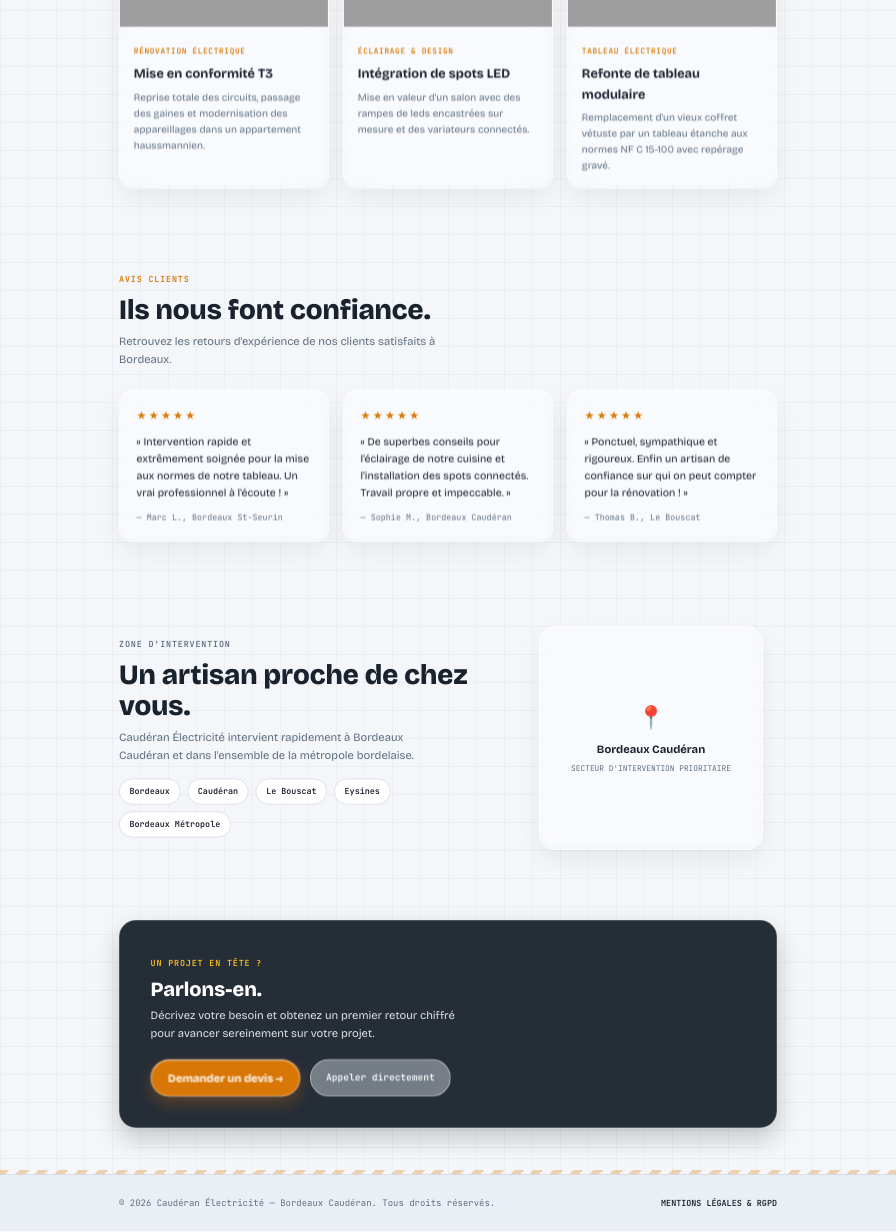
Repository: cauderanelectricite/cauderanelectricite.github.io
Page: index.html
These files come from the project's save history. The page is drawn as it stood at one moment and after the next save; the edit follows.
The browser window is 1280 px wide. The pictures show the part of the page from y = 2585 to 4505 px (the page is 4345 px tall before and 4505 px after), at 70% of full size.
Pictures or frames that could not be fetched are drawn as grey boxes.

Above is the page before, as saved 2026-09-30 14:43:59.

### index.html
<!DOCTYPE html>
<html lang="fr">
<head>
  <meta charset="UTF-8">
  <meta name="viewport" content="width=device-width, initial-scale=1.0">

  <title>Caudéran Électricité — Électricien à Bordeaux Caudéran</title>
  <link rel="stylesheet" href="style.css">
  <meta name="description" content="Caudéran Électricité, artisan électricien à Bordeaux Caudéran. Rénovation électrique, mise aux normes, tableaux électriques, éclairage et domotique. Devis gratuit.">

  <meta name="robots" content="index, follow">
  <meta name="theme-color" content="#F4F6F9">

  <link rel="canonical" href="https://cauderanelectricite.github.io/">

  <meta property="og:type" content="website">
  <meta property="og:locale" content="fr_FR">
  <meta property="og:site_name" content="Caudéran Électricité">
  <meta property="og:title" content="Caudéran Électricité — Électricien à Bordeaux Caudéran">
  <meta property="og:description" content="Rénovation électrique, mise aux normes, tableaux électriques, éclairage et domotique à Bordeaux Caudéran.">
  <meta property="og:url" content="https://cauderanelectricite.github.io/">
  <meta property="og:image" content="https://cauderanelectricite.github.io/logo.png">

  <meta name="twitter:card" content="summary">
  <link rel="icon" type="image/png" href="logo.png">

  <link rel="preconnect" href="https://fonts.googleapis.com">
  <link rel="preconnect" href="https://fonts.gstatic.com" crossorigin>
  <link href="https://fonts.googleapis.com/css2?family=Bricolage+Grotesque:opsz,wght@12..96,400;12..96,600;12..96,700;12..96,800&family=JetBrains+Mono:wght@400;600;700&display=swap" rel="stylesheet">

  <script type="application/ld+json">
  {
    "@context": "https://schema.org",
    "@type": "Electrician",
    "name": "Caudéran Électricité",
    "url": "https://cauderanelectricite.github.io/",
    "image": "https://cauderanelectricite.github.io /logo.png",
    "telephone": "+33612698433",
    "email": "cauderan.electricite@gmail.com",
    "address": {
      "@type": "PostalAddress",
      "addressLocality": "Bordeaux",
      "postalCode": "33200",
      "addressRegion": "Nouvelle-Aquitaine",
      "addressCountry": "FR"
    },
    "areaServed": [
      "Bordeaux",
      "Caudéran",
      "Bordeaux Métropole",
      "Le Bouscat",
      "Eysines"
    ],
    "openingHoursSpecification": {
      "@type": "OpeningHoursSpecification",
      "dayOfWeek": [
        "Monday",
        "Tuesday",
        "Wednesday",
        "Thursday",
        "Friday"
      ],
      "opens": "08:00",
      "closes": "19:00"
    }
  }
  </script>
</head>

<body>

  <header>
    <div class="nav-container liquid-glass">
      <a class="brand" href="index.html" aria-label="Caudéran Électricité — Accueil">
        <img src="logo.png" alt="Logo Caudéran Électricité" width="32" height="32">
        <span class="brand-name">
          Caudéran
          <small>Électricité</small>
        </span>
      </a>

      <nav aria-label="Navigation principale">
        <a href="index.html" aria-current="page">Accueil</a>
        <a href="#services">Prestations</a>
        <a href="devis.html">Devis</a>
        <a href="contact.html">Contact</a>
      </nav>

      <a class="header-cta" href="tel:+33612698433" aria-label="Appeler Caudéran Électricité au 06 12 69 84 33">
        <span class="led" aria-hidden="true"></span>
        06 12 69 84 33
      </a>
    </div>
  </header>

  <main>

    <section class="hero">
      <div class="hero-content">
        <p class="kicker">
          📍 Artisan électricien — Bordeaux &amp; Métropole
        </p>
        <h1>
          Votre électricien de confiance à
          <span class="amber">Bordeaux Caudéran</span>.
        </h1>
        <p class="hero-sub">
          Rénovation électrique, mise aux normes, tableaux électriques,
          éclairage et domotique. Des solutions adaptées à votre
          logement, avec une attention particulière portée à la
          sécurité et aux finitions.
        </p>
        <div class="hero-actions">
          <a href="devis.html" class="btn">
            Parler de mon projet →
          </a>
          <a href="tel:+33612698433" class="btn-ghost">
            06 12 69 84 33
          </a>
        </div>
      </div>

      <aside class="spec liquid-glass" aria-label="Informations pratiques">
        <div class="spec-row">
          <span>Intervention</span>
          <strong>Sur rendez-vous</strong>
        </div>
        <div class="spec-row">
          <span>Devis</span>
          <strong>Gratuit</strong>
        </div>
        <div class="spec-row">
          <span>Conseils</span>
          <strong>Personnalisés</strong>
        </div>
        <div class="spec-row">
          <span>Secteur</span>
          <strong>Bordeaux &amp; Métropole</strong>
        </div>
      </aside>
    </section>

    <section class="section" id="services">
      <p class="kicker">
        Savoir-faire
      </p>
      <h2>
        Des solutions électriques pensées pour votre projet.
      </h2>
      <p class="section-lead">
        De l'intervention ponctuelle à la rénovation complète,
        Caudéran Électricité vous accompagne dans vos projets
        d'installation, de rénovation et d'amélioration de votre
        habitat.
      </p>

      <ol class="services">
        <li>
          <a href="service1.html" class="service-card-link liquid-glass">
            <div>
              <p class="service-number">01</p>
              <h3>Rénovation &amp; Mise aux normes</h3>
              <p>Reprise complète ou partielle de l'installation électrique pour améliorer la sécurité et le confort de votre habitat.</p>
            </div>
            <span class="arrow" aria-hidden="true">→</span>
          </a>
        </li>
        <li>
          <a href="service2.html" class="service-card-link liquid-glass">
            <div>
              <p class="service-number">02</p>
              <h3>Tableaux électriques</h3>
              <p>Remplacement, organisation et mise en sécurité du tableau électrique avec un câblage propre et un repérage clair.</p>
            </div>
            <span class="arrow" aria-hidden="true">→</span>
          </a>
        </li>
        <li>
          <a href="service3.html" class="service-card-link liquid-glass">
            <div>
              <p class="service-number">03</p>
              <h3>Éclairage &amp; Domotique</h3>
              <p>Installation de luminaires, spots LED et solutions connectées pour améliorer le confort et l'ambiance de votre intérieur.</p>
            </div>
            <span class="arrow" aria-hidden="true">→</span>
          </a>
        </li>
      </ol>
    </section>

    <section class="section about">
      <div class="portrait liquid-glass">
        <img src="portrait.jpg" alt="Portrait de l'artisan électricien de Caudéran Électricité" loading="lazy" decoding="async" width="400" height="500">
      </div>

      <div class="about-copy">
        <p class="kicker">
          L'artisan derrière vos projets
        </p>
        <h2>
          Un accompagnement de proximité,
          du premier échange aux finitions.
        </h2>
        <p>
          Passionné par la technique et le travail soigné,
          Sébastien, artisan électricien fondateur de Caudéran Électricité,
          met son expertise en programmation, en électronique et en installations
          aux services des particuliers à Bordeaux et dans ses environs.
        </p>
        <p>
          Chaque intervention commence par l'écoute rigoureuse de vos besoins
          afin de proposer une solution technique sur-mesure, parfaitement
          sécurisée et adaptée à votre budget.
        </p>
      </div>
    </section>

    <section class="section projects">
      <p class="kicker">
        Réalisations
      </p>
      <h2>
        Quelques exemples de projets.
      </h2>
      <p class="section-lead">
        Une sélection de nos chantiers récents réalisés à Bordeaux Caudéran
        et dans la métropole bordelaise.
      </p>

      <div class="project-grid">
        <article class="project-card liquid-glass">
          <div class="project-image">
            <img src="https://images.unsplash.com/photo-1621905252507-b35492cc74b4?auto=format&fit=crop&w=1000&q=80" alt="Installation électrique dans un bâtiment" loading="lazy" decoding="async" width="800" height="600">
            <span class="demo-badge">Chantier Caudéran</span>
          </div>
          <div class="project-content">
            <span class="project-category">Rénovation électrique</span>
            <h3>Mise en conformité T3</h3>
            <p>Reprise totale des circuits, passage des gaines et modernisation des appareillages dans un appartement haussmannien.</p>
          </div>
        </article>

        <article class="project-card liquid-glass">
          <div class="project-image">
            <img src="https://images.unsplash.com/photo-1558008258-3256797b43f3?auto=format&fit=crop&w=1000&q=80" alt="Installation d'éclairage intérieur" loading="lazy" decoding="async" width="800" height="600">
            <span class="demo-badge">Chantier Bordeaux</span>
          </div>
          <div class="project-content">
            <span class="project-category">Éclairage &amp; Design</span>
            <h3>Intégration de spots LED</h3>
            <p>Mise en valeur d'un salon avec des rampes de leds encastrées sur mesure et des variateurs connectés.</p>
          </div>
        </article>

        <article class="project-card liquid-glass">
          <div class="project-image">
            <img src="https://media.istockphoto.com/id/1498985256/photo/electrical-technician-tests-wiring-polarity-grounding-voltages-and-performs-electrical.jpg?s=612x612&w=0&k=20&c=4dkBZx4deKJIf9bqN344rxbMZ2T5APg_71w1BGXiu20=" alt="Tableau électrique et installation électrique" loading="lazy" decoding="async" width="612" height="612">
            <span class="demo-badge">Chantier Le Bouscat</span>
          </div>
          <div class="project-content">
            <span class="project-category">Tableau électrique</span>
            <h3>Refonte de tableau modulaire</h3>
            <p>Remplacement d'un vieux coffret vétuste par un tableau étanche aux normes NF C 15-100 avec repérage gravé.</p>
          </div>
        </article>
      </div>
    </section>

    <section class="section testimonials">
      <p class="kicker">
        Avis clients
      </p>
      <h2>
        Ils nous font confiance.
      </h2>
      <p class="section-lead">
        Retrouvez les retours d'expérience de nos clients satisfaits à Bordeaux.
      </p>

      <div class="testimonial-grid">
        <article class="testimonial liquid-glass">
          <div class="stars" aria-hidden="true">★★★★★</div>
          <blockquote>
            « Intervention rapide et extrêmement soignée pour la mise aux normes de notre tableau. Un vrai professionnel à l'écoute ! »
          </blockquote>
          <cite>— Marc L., Bordeaux St-Seurin</cite>
        </article>

        <article class="testimonial liquid-glass">
          <div class="stars" aria-hidden="true">★★★★★</div>
          <blockquote>
            « De superbes conseils pour l'éclairage de notre cuisine et l'installation des spots connectés. Travail propre et impeccable. »
          </blockquote>
          <cite>— Sophie M., Bordeaux Caudéran</cite>
        </article>

        <article class="testimonial liquid-glass">
          <div class="stars" aria-hidden="true">★★★★★</div>
          <blockquote>
            « Ponctuel, sympathique et rigoureux. Enfin un artisan de confiance sur qui on peut compter pour la rénovation ! »
          </blockquote>
          <cite>— Thomas B., Le Bouscat</cite>
        </article>
      </div>
    </section>

    <section class="section area">
      <div class="area-copy">
        <p class="kicker">
          Zone d'intervention
        </p>
        <h2>
          Un artisan proche de chez vous.
        </h2>
        <p>
          Caudéran Électricité intervient rapidement à Bordeaux Caudéran
          et dans l'ensemble de la métropole bordelaise.
        </p>
        <div class="area-list">
          <span>Bordeaux</span>
          <span>Caudéran</span>
          <span>Le Bouscat</span>
          <span>Eysines</span>
          <span>Bordeaux Métropole</span>
        </div>
      </div>

      <div class="area-map">
        <div class="map-placeholder liquid-glass">
          <span aria-hidden="true">📍</span>
          <strong>Bordeaux Caudéran</strong>
          <small>Secteur d'intervention prioritaire</small>
        </div>
      </div>
    </section>

    <section class="cta liquid-glass">
      <div>
        <p class="kicker">
          Un projet en tête ?
        </p>
        <h2>
          Parlons-en.
        </h2>
        <p>
          Décrivez votre besoin et obtenez un premier retour chiffré
          pour avancer sereinement sur votre projet.
        </p>
      </div>

      <div class="cta-actions">
        <a href="devis.html" class="btn">
          Demander un devis →
        </a>
        <a href="tel:+33612698433" class="btn-ghost">
          Appeler directement
        </a>
      </div>
    </section>

  </main>

  <div class="hazard" aria-hidden="true"></div>

<footer>
  <div class="foot-inner">
    <span class="foot-copy">© <span id="year">2025</span> Caudéran Électricité — Bordeaux Caudéran. Tous droits réservés.</span>
    <nav class="foot-nav" aria-label="Liens légaux">
      <a href="mentions-legales.html">Mentions légales &amp; RGPD</a>
    </nav>
  </div>
</footer>

<script>
  document.getElementById('year').textContent = new Date().getFullYear();
</script>

<script>
  // Gestion propre et exclusive de la navbar entre Accueil et Prestations
  const servicesSection = document.getElementById('services');
  const accueilLink = document.querySelector('nav a[href="index.html"]');
  const prestationsLink = document.querySelector('nav a[href="#services"]');

  const observer = new IntersectionObserver((entries) => {
    entries.forEach(entry => {
      if (entry.isIntersecting) {
        // On est sur les prestations : on allume prestations et on éteint l'accueil
        prestationsLink.classList.add('active');
        if (accueilLink) accueilLink.removeAttribute('aria-current');
      } else {
        // On n'est plus sur les prestations : on éteint prestations et on remet l'accueil
        prestationsLink.classList.remove('active');
        if (accueilLink) accueilLink.setAttribute('aria-current', 'page');
      }
    });
  }, {
    threshold: 0.2
  });

  if (servicesSection && prestationsLink) {
    observer.observe(servicesSection);
  }
</script>

</body>
</html>

Loaded but not shown: style.css (799 lines, source omitted)

After the next save:
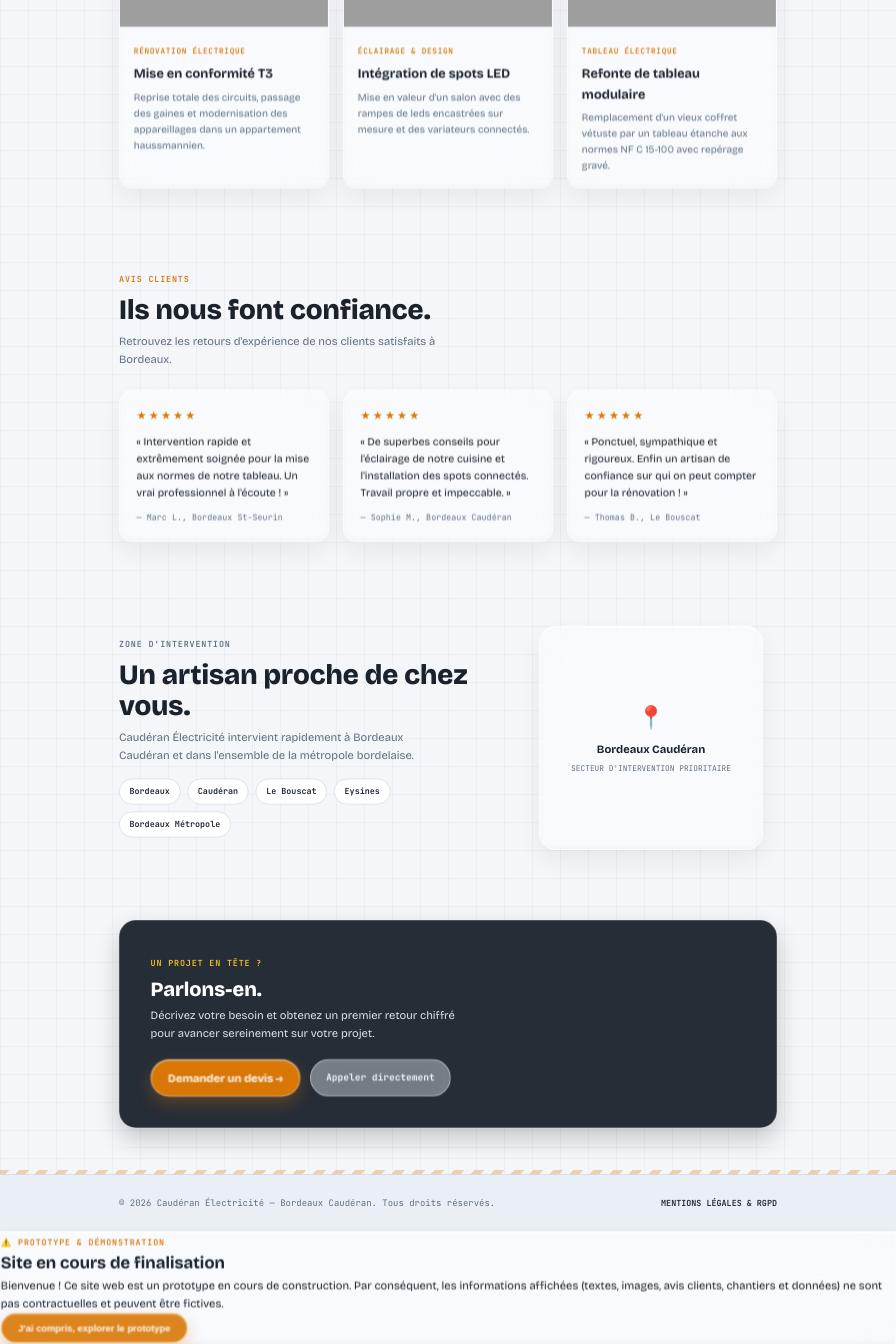
Saved 49 min 21 s later.
--- a/index.html
+++ b/index.html
@@ -371,6 +371,16 @@
   </div>
 </footer>
 
+<!-- Pop-up de démonstration / prototype -->
+<div id="demo-modal" class="demo-overlay">
+  <div class="demo-box liquid-glass">
+    <span class="kicker">⚠️ Prototype & Démonstration</span>
+    <h2>Site en cours de finalisation</h2>
+    <p>Bienvenue ! Ce site web est un prototype en cours de construction. Par conséquent, les informations affichées (textes, images, avis clients, chantiers et données) ne sont pas contractuelles et peuvent être fictives.</p>
+    <button id="close-modal" class="btn">J'ai compris, explorer le prototype</button>
+  </div>
+</div>
+
 <script>
   document.getElementById('year').textContent = new Date().getFullYear();
 </script>
